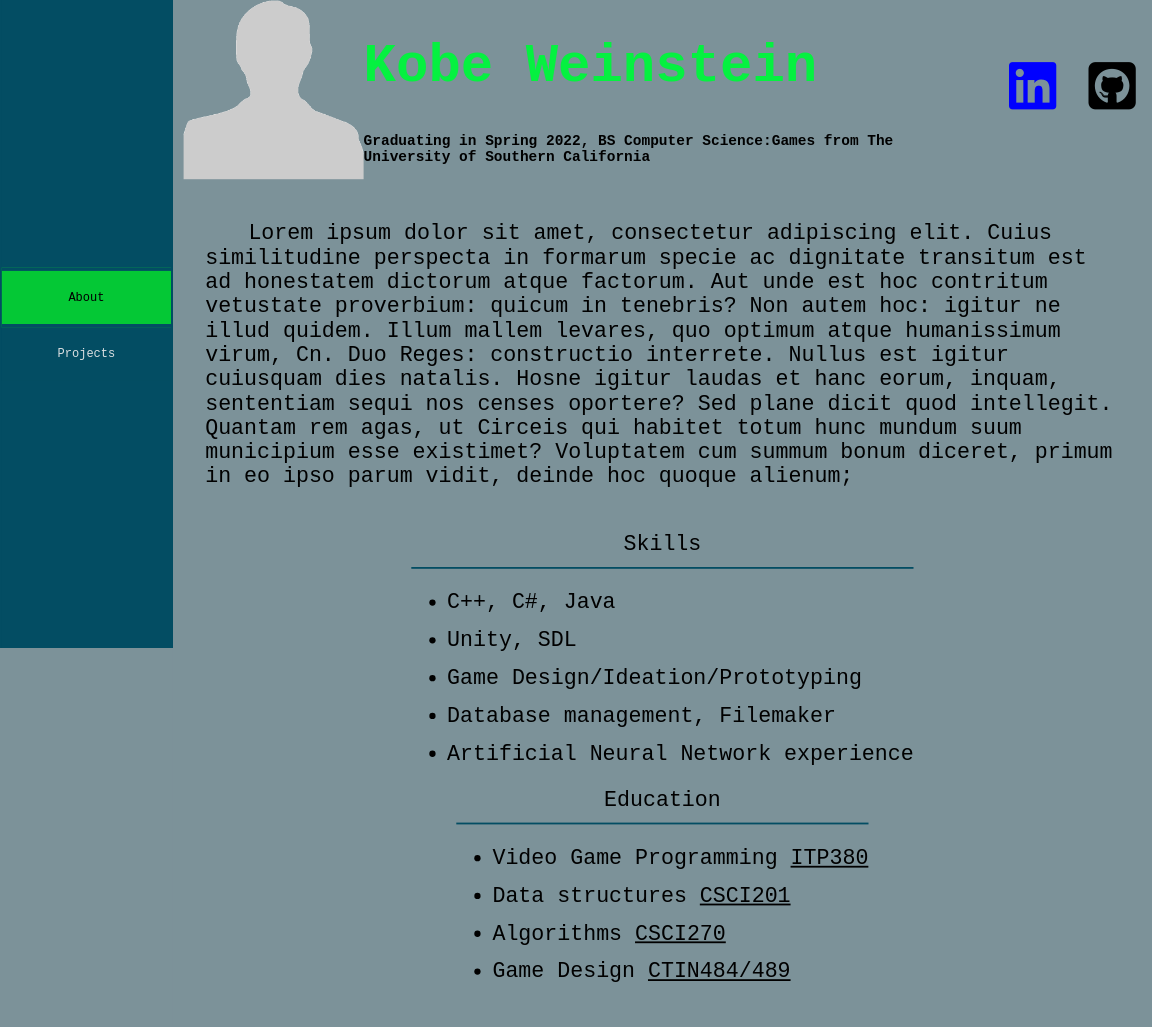
Repository: DrAngentIce/Kobe.Weinstein
Page: PortfollioSite/WebContent/Index.html
These files come from the project's save history. The page is drawn as it stood at one moment and after the next save; the edit follows.
The browser window is 1280 px wide. The pictures show the whole page, at 90% of full size.
Some web libraries are served in a nearby version.

Above is the page before, as saved 2021-01-18 02:50:13.

### PortfollioSite/WebContent/Index.html
<!DOCTYPE html>
<html>
<head>
<meta charset="ISO-8859-1">
<title>Kobe Weinstein</title>

<style>

 * {box-sizing: border-box}

 :root {
  --primary: #05F140;
  --primaryDim: #04C835;
  --textP: #000000;
  --Secondary: #034D63;
  --SecondaryLight: #046B8B;
  --textS: #dadfe1;
  --bg: #7C9299;
  --textBg: #000000;
  }

 body {
  font-size: 150%;
  font-family:"Courier New", monospace;
  background-color: var(--bg);

}


 .tab {
  float: left;
  border: 2px solid var(--Secondary);
  border-top: none;
  border-bottom: none;
  background-color: var(--Secondary);
  width: 15vw;
  height: 100%;
  min-height: 100%;
  display: flex;
  justify-content: center;
  flex-direction: column;
  position:fixed;
	}

 .tab button {
  display: block;
  background-color: inherit;
  padding: 22px 16px;
  width: 100%;
  border: none;
  outline: none;
  text-align: center;
  cursor: pointer;
  transition: 0.3s;
  font-family:"Courier New", monospace;
  color: var(--textS);
}

.tab button:hover {
  background-color: var(--primary);
  color: var(--textP);
  border-top: 4px solid var(--SecondaryLight);
  border-bottom: 4px solid var(--SecondaryLight);
}

.tab button.active {
  background-color: var(--primaryDim);
  color: var(--textP);
  border-top: 4px solid var(--Secondary);
  border-bottom: 4px solid var(--Secondary);
}

.projectContent {
  float: left;
  padding: 0px 8px;
  border: 1px solid var(--Secondary);
  width: 70vw;
  border-left: none;
  min-height: 100vh;
  display: none;
  font-family:"Courier New", monospace;
  margin-left:15vw;
}

.tabContent {
  float: left;
  padding: 0px 12px;
  border: none;
  width: 85vw;
  border-left: none;
  min-height: 100%;
  display: none;
  font-family:"Courier New", monospace;
  background-color: var(--bg);
  margin-left:15vw;

}

.columnName
{
	width: 80%;
	display:flex;
	align-content:center;
}

.columnContact
{
	width: 20%;
	height: 30%;
	padding: 6px;
	text-align:Right;
	vertical-align: text-top;
}

.SkillsCourses
{
	display: flex;
	flex-flow: row wrap;
	justify-content: space-around;
	width: 100%;
	padding: 24px;
}

.column
{
}

li + li {
  margin-top: 15px;
}

hr
{
 Border: 1px solid var(--Secondary);
}

a:link, a:visited
{
	color:black;
}


</style>

<script src="https://kit.fontawesome.com/3095d7b5c5.js" crossorigin="anonymous"></script>
<script>
function openTab(evt, tabName)
{

	var i, tabContent, tabs;


	tabcontent = document.getElementsByClassName("tabContent");
	for(i=0; i < tabcontent.length; i++)
	{
		tabcontent[i].style.display = "none";
	}

	tabs = document.getElementsByClassName("tablinks");
	for(i=0; i < tabs.length; i++)
	{
		tabs[i].className = tabs[i].className.replace(" active", "");
	}

	document.getElementById(tabName).style.display = "block";

	if(tabName == 'projects')
	{
		document.getElementById(tabName).style.padding = "0px 0px";
	}

	evt.currentTarget.className += " active";

}

function openProject(evt, projectName)
{

	var i, tabContent, tabs;


	tabcontent = document.getElementsByClassName("projectContent");
	for(i=0; i < tabcontent.length; i++)
	{
		tabcontent[i].style.display = "none";
	}

	tabs = document.getElementsByClassName("projectlinks");
	for(i=0; i < tabs.length; i++)
	{
		tabs[i].className = tabs[i].className.replace(" active", "");
	}

	document.getElementById(projectName).style.display = "block";

	evt.currentTarget.className += " active";

}


</script>


</head>


<body style="width: 100vw; height: 100vh; margin: 0; padding: 0;">

	<div class="tab">
	<button class="tablinks" onclick="openTab(event, 'about')" id="default">About</button>
	<button class="tablinks" onclick="openTab(event, 'projects')">Projects</button>
	</div>


	<div id = "projects" class="tabContent">
		<div class="tab" style="border-left: none;">
			<button class="projectlinks" onclick="openProject(event,'BookStacks')">The BookStacks</button>
			<button class="projectlinks" onclick="openProject(event,'RunnersEdge')">Runner's Edge</button>
			<button class="projectlinks" onclick="openProject(event,'Asteroids')">Asteroids</button>
		</div>




		<div id="BookStacks" class="projectContent">

		<div style="width:100%; display: flex; justify-content: space-between;">

		<div>
		<p style="font-size: 0.75em;"><span style = "font-size: 2.2em">The BookStacks</span> <br>
		Developed by: Kobe Weinstein and Adrian Lopez</p>
		</div>

		<div style ="align-self:center; padding: 0px 4vw;">
		<i>Unity</i>
		</div>

		</div>

		<div style="width: 75%; text-align:center; margin: auto;">
			<hr>
			<p style="font-size:0.75em;">A fast paced isometric adventure that takes the player deep below a library to destroy an evil lich bent on opening a portal to a realm of horrors. The Bookstacks central challenge, revolves around the managing of a very limited pool of reusable ammunition. </p>
		</div>

		<div style="text-align:center;">
			<iframe width="65%" height="375vh" style="border:none;"
			src="https://www.youtube.com/embed/muQl5Ingy2Q?autoplay=1&mute=1&loop=1&playlist=muQl5Ingy2Q">
			</iframe>
		</div>

		<div style="float:right; width:80%; height:30%;">
		<p>Composition of work:</p>
			<div style="width:100%; height:100%; display:flex; flex-direction: column;">
				<div><div style="display:inline-block; min-width:10vw;">Art</div> <div style="border:1px solid black; width:60%; height:3vh; display:inline-block; vertical-align: middle;"><div style="background-color: var(--primaryDim); height:100%; width:35%;"></div></div> </div>
				<div><div style="display:inline-block; min-width:10vw;">Level Design</div> <div style="border:1px solid black; width:60%; height:3vh; display:inline-block; vertical-align: middle;"><div style="background-color: var(--primaryDim); height:100%; width:45%;"></div></div> </div>
				<div><div style="display:inline-block; min-width:10vw;">Gameplay</div> <div style="border:1px solid black; width:60%; height:3vh; display:inline-block; vertical-align: middle;"><div style="background-color: var(--primaryDim); height:100%; width:90%;"></div></div> </div>
				<div><div style="display:inline-block; min-width:10vw;">Engine</div> <div style="border:1px solid black; width:60%; height:3vh; display:inline-block; vertical-align: middle;"><div style="background-color: var(--primaryDim); height:100%; width:20%;"></div></div> </div>
				<div><div style="display:inline-block; min-width:10vw;">AI</div> <div style="border:1px solid black; width:60%; height:3vh; display:inline-block; vertical-align: middle;"><div style="background-color: var(--primaryDim); height:100%; width:90%;"></div></div> </div>
			</div>
		</div>


		</div>


		<div id="RunnersEdge" class="projectContent">

		<div style="width:100%; display: flex; justify-content: space-between;">

		<div>
		<p style="font-size: 0.75em;"><span style = "font-size: 2.2em">"Runnner's Edge"</span> <br>
		Developed by: Kobe Weinstein</p>
		</div>

		<div style ="align-self:center; padding: 0px 4vw;">
		<i>C++</i>
		</div>

		</div>

		<div style="width: 75%; text-align:center; margin: auto;">
			<hr>
			<p style="font-size:0.75em;">A game loosely based off of Mirror's Edge. The game was created in C++ as an assignment for ITP-380 Intro to Game programming.
			The main bulk of the code that needed to be written for the assignment focused on the physics and movement of the player and environment. All sound and art, as well as some skeleton code was provided by the instructors.</p>
		</div>

		<div style="text-align:center;">
			<iframe width="65%" height="375vh" style="border:none;"
			src="https://www.youtube.com/embed/Rtn2YmhXi4M?autoplay=1&mute=1&loop=1&playlist=Rtn2YmhXi4M">
			</iframe>
		</div>

		<div style="float:right; width:80%; height:30%;">
		<p>Composition of work:</p>
			<div style="width:100%; height:100%; display:flex; flex-direction: column;">
				<div><div style="display:inline-block; min-width:10vw;">Art</div> <div style="border:1px solid black; width:60%; height:3vh; display:inline-block; vertical-align: middle;"><div style="background-color: var(--primaryDim); height:100%; width:5%;"></div></div> </div>
				<div><div style="display:inline-block; min-width:10vw;">Level Design</div> <div style="border:1px solid black; width:60%; height:3vh; display:inline-block; vertical-align: middle;"><div style="background-color: var(--primaryDim); height:100%; width:5%;"></div></div> </div>
				<div><div style="display:inline-block; min-width:10vw;">Gameplay</div> <div style="border:1px solid black; width:60%; height:3vh; display:inline-block; vertical-align: middle;"><div style="background-color: var(--primaryDim); height:100%; width:90%;"></div></div> </div>
				<div><div style="display:inline-block; min-width:10vw;">Engine</div> <div style="border:1px solid black; width:60%; height:3vh; display:inline-block; vertical-align: middle;"><div style="background-color: var(--primaryDim); height:100%; width:90%;"></div></div> </div>
				<div><div style="display:inline-block; min-width:10vw;">AI</div> <div style="border:1px solid black; width:60%; height:3vh; display:inline-block; vertical-align: middle;"><div style="background-color: var(--primaryDim); height:100%; width:5%;"></div></div> </div>
			</div>
		</div>


		</div>

		<div id="Asteroids" class="projectContent">

		<div style="width:100%; display: flex; justify-content: space-between;">

		<div>
		<p style="font-size: 0.75em;"><span style = "font-size: 2.2em">Asteroids</span> <br>
		Developed by: Kobe Weinstein</p>
		</div>

		<div style ="align-self:center; padding: 0px 4vw;">
		<i>C++</i>
		</div>

		</div>

		<div style="width: 75%; text-align:center; margin: auto;">
			<hr>
			<p style="font-size:0.75em;">Developed for a class as a demonstration of understanding of 3d game programming. For this assignment, I had to implement the flight, rolling, shooting, and the lock-on mechanics.</p>
		</div>

		<div style="text-align:center;">
			<iframe width="65%" height="375vh" style="border:none;"
			src="https://www.youtube.com/embed/PG1mOM3zf5M?autoplay=1&mute=1&loop=1&playlist=PG1mOM3zf5M">
			</iframe>
		</div>

		<div style="float:right; width:80%; height:30%;">
		<p>Composition of work:</p>
			<div style="width:100%; height:100%; display:flex; flex-direction: column;">
				<div><div style="display:inline-block; min-width:10vw;">Art</div> <div style="border:1px solid black; width:60%; height:3vh; display:inline-block; vertical-align: middle;"><div style="background-color: var(--primaryDim); height:100%; width:5%;"></div></div> </div>
				<div><div style="display:inline-block; min-width:10vw;">Level Design</div> <div style="border:1px solid black; width:60%; height:3vh; display:inline-block; vertical-align: middle;"><div style="background-color: var(--primaryDim); height:100%; width:5%;"></div></div> </div>
				<div><div style="display:inline-block; min-width:10vw;">Gameplay</div> <div style="border:1px solid black; width:60%; height:3vh; display:inline-block; vertical-align: middle;"><div style="background-color: var(--primaryDim); height:100%; width:90%;"></div></div> </div>
				<div><div style="display:inline-block; min-width:10vw;">Engine</div> <div style="border:1px solid black; width:60%; height:3vh; display:inline-block; vertical-align: middle;"><div style="background-color: var(--primaryDim); height:100%; width:70%;"></div></div> </div>
				<div><div style="display:inline-block; min-width:10vw;">AI</div> <div style="border:1px solid black; width:60%; height:3vh; display:inline-block; vertical-align: middle;"><div style="background-color: var(--primaryDim); height:100%; width:5%;"></div></div> </div>
			</div>
		</div>

		</div>

	</div>





	<div id="about" class="tabContent">

	<div style="width:100%; display:flex; flex-flow:row wrap; justify-content:space-between;">

		<div class="columnName">
			<img src="Portrait.gif" width="200px" height="200px">
			<div>
			<h1 style="color: var(--primary); font-size:2.5em;">Kobe Weinstein</h1>
			<h6>Graduating in Spring 2022, BS Computer Science:Games from The University of Southern California</h6>
			</div>
		</div>

		<div class="columnContact">
		<p style="font-size: 2.5em;">
			<a href="http://www.linkedin.com/in/kobe-weinstein" style="color:blue;"><i class="fab fa-linkedin"></i></a>
			<a href="http://www.Github.com/DrAgentIce" style="color:black;"><i class="fab fa-github-square"></i></a>
		</p>
		</div>

	</div>

	<p style="padding: 0px 24px; text-indent:2em;">Lorem ipsum dolor sit amet, consectetur adipiscing elit. Cuius similitudine perspecta in formarum specie ac dignitate transitum est ad honestatem dictorum atque factorum. Aut unde est hoc contritum vetustate proverbium: quicum in tenebris? Non autem hoc: igitur ne illud quidem. Illum mallem levares, quo optimum atque humanissimum virum, Cn. Duo Reges: constructio interrete. Nullus est igitur cuiusquam dies natalis. Hosne igitur laudas et hanc eorum, inquam, sententiam sequi nos censes oportere? Sed plane dicit quod intellegit. Quantam rem agas, ut Circeis qui habitet totum hunc mundum suum municipium esse existimet? Voluptatem cum summum bonum diceret, primum in eo ipso parum vidit, deinde hoc quoque alienum; </p>

	<div class="SkillsCourses">

	<div class="column">
	<div style="text-align: center;">Skills</div>
	<hr>
	<ul>
	<li>C++, C#, Java</li>
	<li>Unity, SDL</li>
	<li>Game Design/Ideation/Prototyping</li>
	<li>Database management, Filemaker</li>
	<li>Artificial Neural Network experience</li>
	</ul>
	</div>

	<div class="column">
	<div style="text-align: center;">Education</div>
	<hr>
	<ul>
		<li>Video Game Programming <a href="https://web-app.usc.edu/soc/syllabus/20201/31902.pdf">ITP380</a></li>
		<li>Data structures <a href="https://web-app.usc.edu/ws/soc_archive/soc/term-20201/course/csci-201/index.html">CSCI201</a></li>
		<li>Algorithms <a href="https://classes.usc.edu/term-20203/course/csci-270/">CSCI270</a></li>
		<li>Game Design <a href="https://classes.usc.edu/term-20201/course/ctin-484/">CTIN484/489</a></li>
	</ul>
	</div>

	</div>


	</div>

<script>
document.getElementById("default").click();
</script>
</body>

</html>

After the next save:
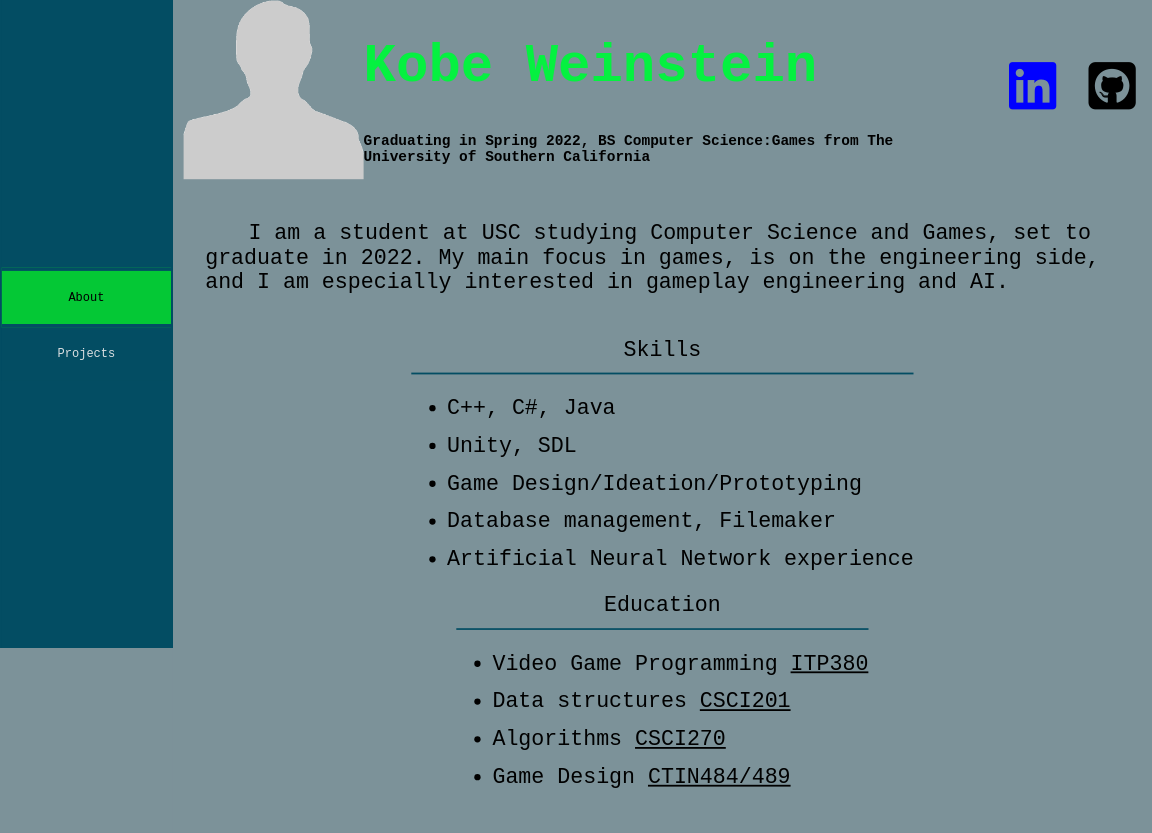
Saved 18 h 24 min later.
--- a/PortfollioSite/WebContent/Index.html
+++ b/PortfollioSite/WebContent/Index.html
@@ -370,7 +370,10 @@ function openProject(evt, projectName)
 
 	</div>
 
-	<p style="padding: 0px 24px; text-indent:2em;">Lorem ipsum dolor sit amet, consectetur adipiscing elit. Cuius similitudine perspecta in formarum specie ac dignitate transitum est ad honestatem dictorum atque factorum. Aut unde est hoc contritum vetustate proverbium: quicum in tenebris? Non autem hoc: igitur ne illud quidem. Illum mallem levares, quo optimum atque humanissimum virum, Cn. Duo Reges: constructio interrete. Nullus est igitur cuiusquam dies natalis. Hosne igitur laudas et hanc eorum, inquam, sententiam sequi nos censes oportere? Sed plane dicit quod intellegit. Quantam rem agas, ut Circeis qui habitet totum hunc mundum suum municipium esse existimet? Voluptatem cum summum bonum diceret, primum in eo ipso parum vidit, deinde hoc quoque alienum; </p>
+	<p style="padding: 0px 24px; text-indent:2em;">
+	I am a student at USC studying Computer Science and Games, set to graduate in 2022. My main focus in games, is on the engineering side, and I am especially interested in gameplay engineering and AI.
+
+	</p>
 
 	<div class="SkillsCourses">
 
